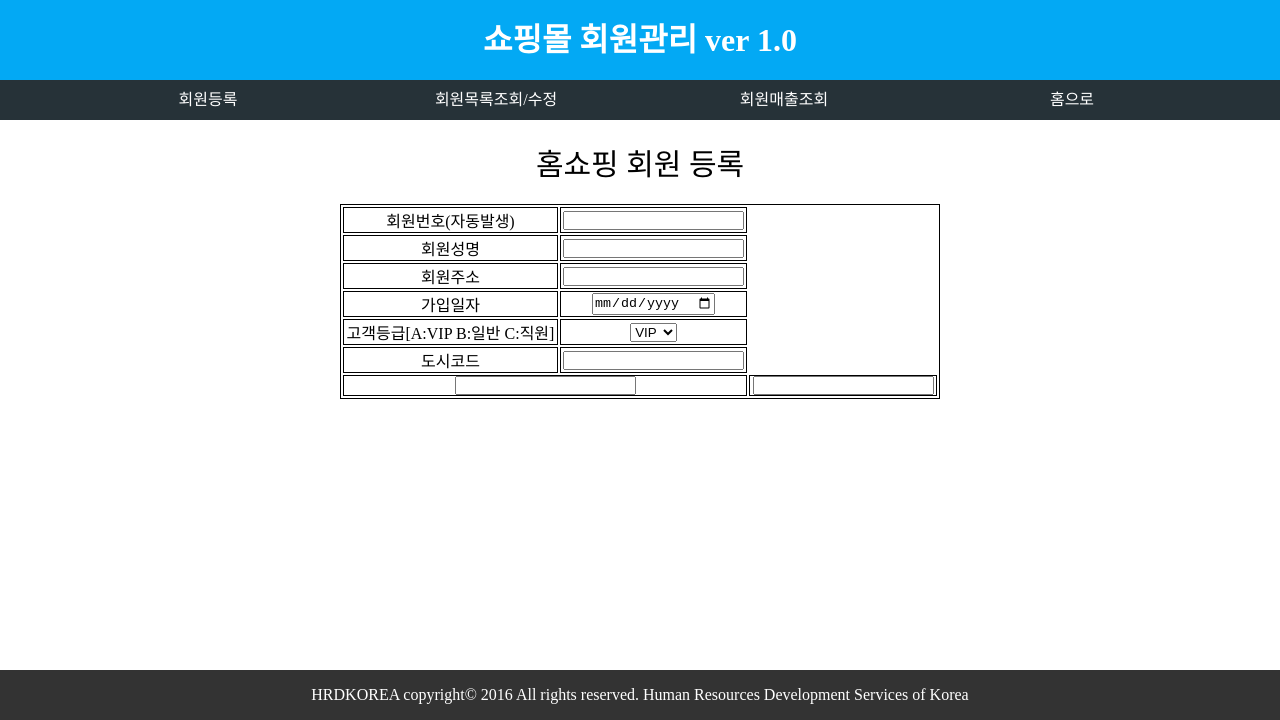
Repository: choiyuhee0722/two-crud
Page: http://localhost/HRD_000/WEB-INF/view/memberInput.jsp
An editor plug-in stored every save of this project. The page is shown before and after the next save, followed by the edit.
The browser window is 1280 px wide. The pictures show the whole page.
The page is served by Tomcat 9. Nobody is signed in. The template is opened directly, without the code that normally fills it, so the values that code supplies are empty.

Above is the page before, as saved 2024-03-27 10:49:04.

After the next save:
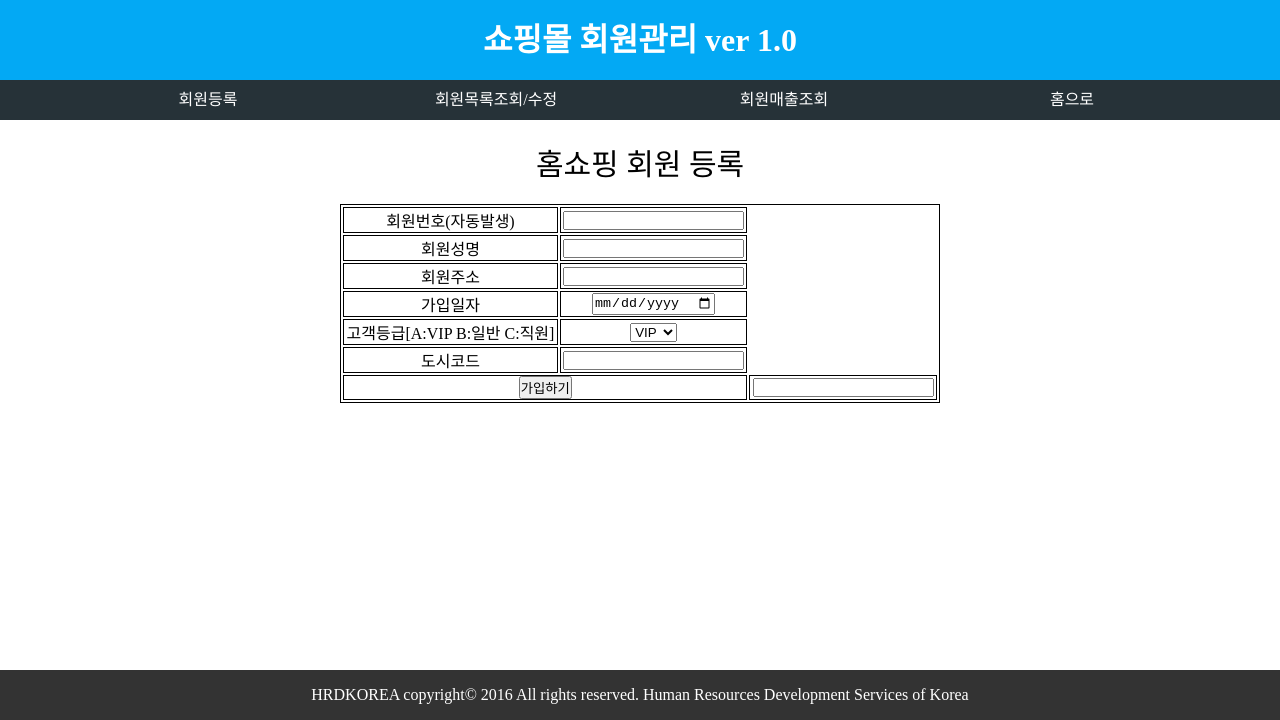
Saved 41 s later.
--- a/HRD_000/src/main/webapp/WEB-INF/view/memberInput.jsp
+++ b/HRD_000/src/main/webapp/WEB-INF/view/memberInput.jsp
@@ -38,7 +38,7 @@
     				<td><input type="text" id="city" name=""city""></td>
     			</tr>
     			<tr>
-    				<td colspan="2" align="center"><input type="text"></td>
+    				<td colspan="2" align="center"><input type="submit" value="가입하기" onclick="return checkForm()"></td>
     				<td><input type="text" id="city" name=""city""></td>
     			</tr>
     		</table>
